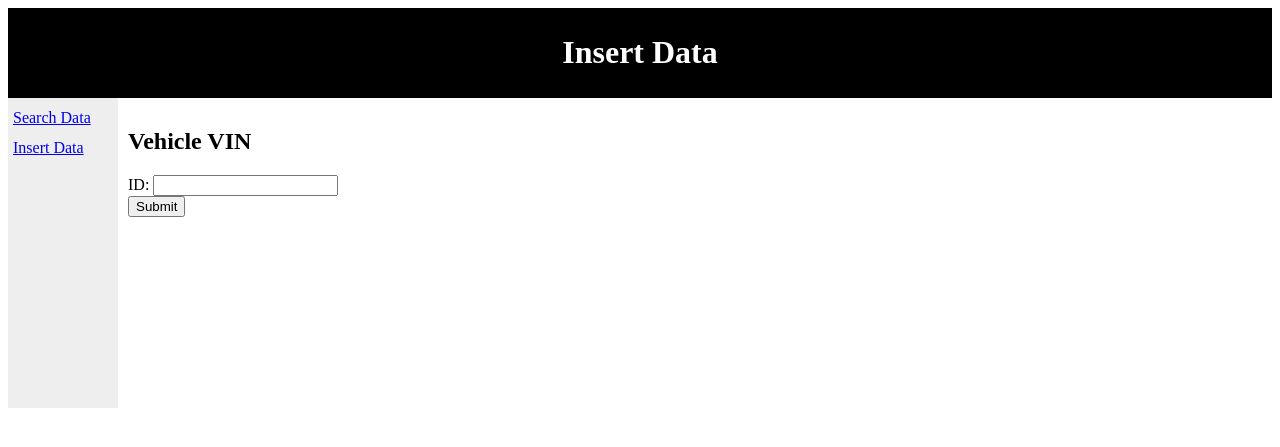
Repository: CamdenMurphy/workspace4830-intro-to-software-engineering
Page: techExercise/techExercise-Murphy/src/main/webapp/delete_murphy.html
The author's editor kept a copy of each file at every save. The page is drawn from the files as they stood at one save, then again after the next save.
The browser window is 1280 px wide. The pictures show the whole page.

Above is the page before, as saved 2023-10-12 05:48:34.

### techExercise/techExercise-Murphy/src/main/webapp/delete_murphy.html
<html>
<head>
<style>
header {
    background-color:black;
    color:white;
    text-align:center;
    padding:5px;
}
nav {
    line-height:30px;
    background-color:#eeeeee;
    height:300px;
    width:100px;
    float:left;
    padding:5px;
}
section {
    width:350px;
    float:left;
    padding:10px;
}
footer {
    background-color:black;
    color:white;
    clear:both;
    text-align:center;
    padding:5px;
}
</style>
</head>

<body>
<header>
<h1> Insert Data </h1>
</header>

<nav>
<a href="/techExercise-Murphy/search_murphy.html">Search Data</a> <br>
<a href="/techExercise-Murphy/insert_murphy.html">Insert Data</a> <br>
</nav>

<section>
	<h1>Vehicle VIN</h1>

	<form action="DeleteMurphy" method="POST">

		ID: <input type="text" name="id"> <br/>

		<input type="submit" value="Submit" />
	</form>
</section>


</body>
</html>

After the next save:
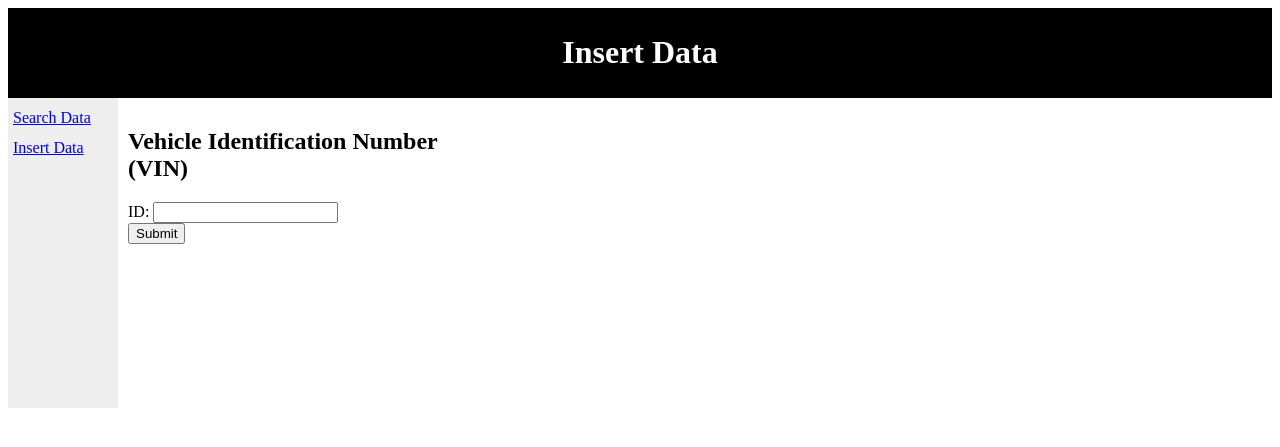
Saved 23 s later.
--- a/techExercise/techExercise-Murphy/src/main/webapp/delete_murphy.html
+++ b/techExercise/techExercise-Murphy/src/main/webapp/delete_murphy.html
@@ -41,7 +41,7 @@ footer {
 </nav>
 
 <section>
-	<h1>Vehicle VIN</h1>
+	<h1>Vehicle Identification Number (VIN)</h1>
 
 	<form action="DeleteMurphy" method="POST">
 
